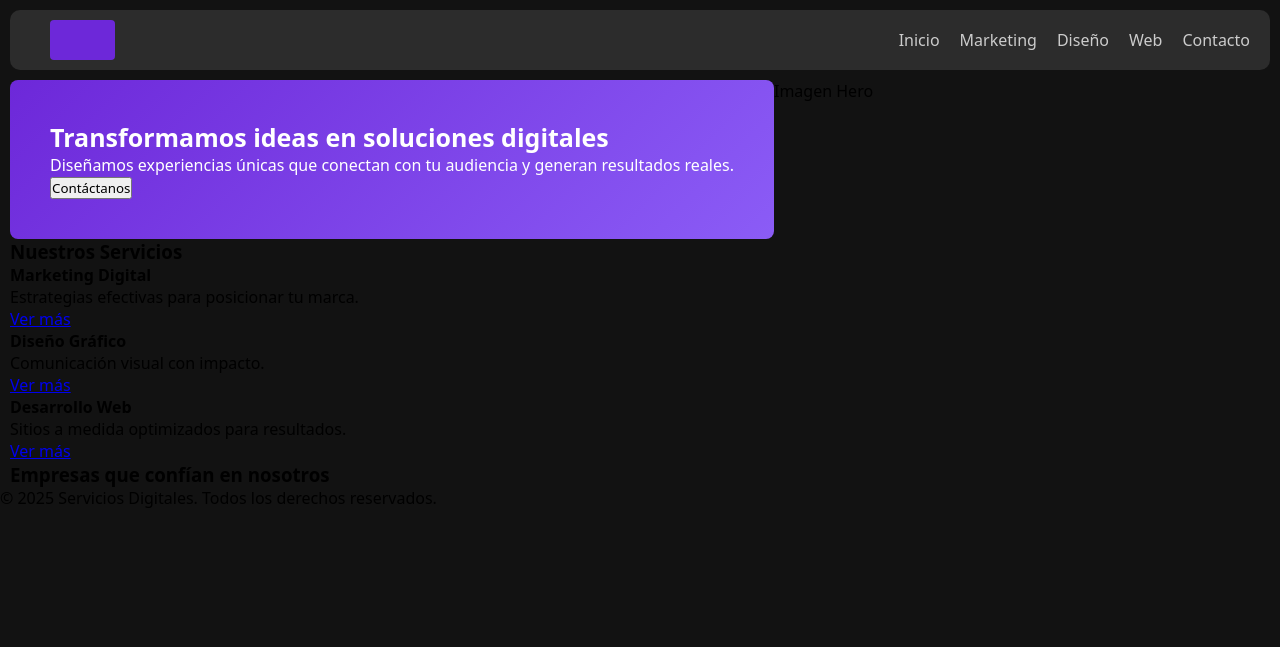
Repository: santinogarrone/TrabajoAgustin
Page: html/index.html
These files come from the project's save history. The page is drawn as it stood at one moment and after the next save; the edit follows.
The browser window is 1280 px wide. The pictures show the whole page.

Above is the page before, as saved 2025-05-02 12:07:44.

After the next save:
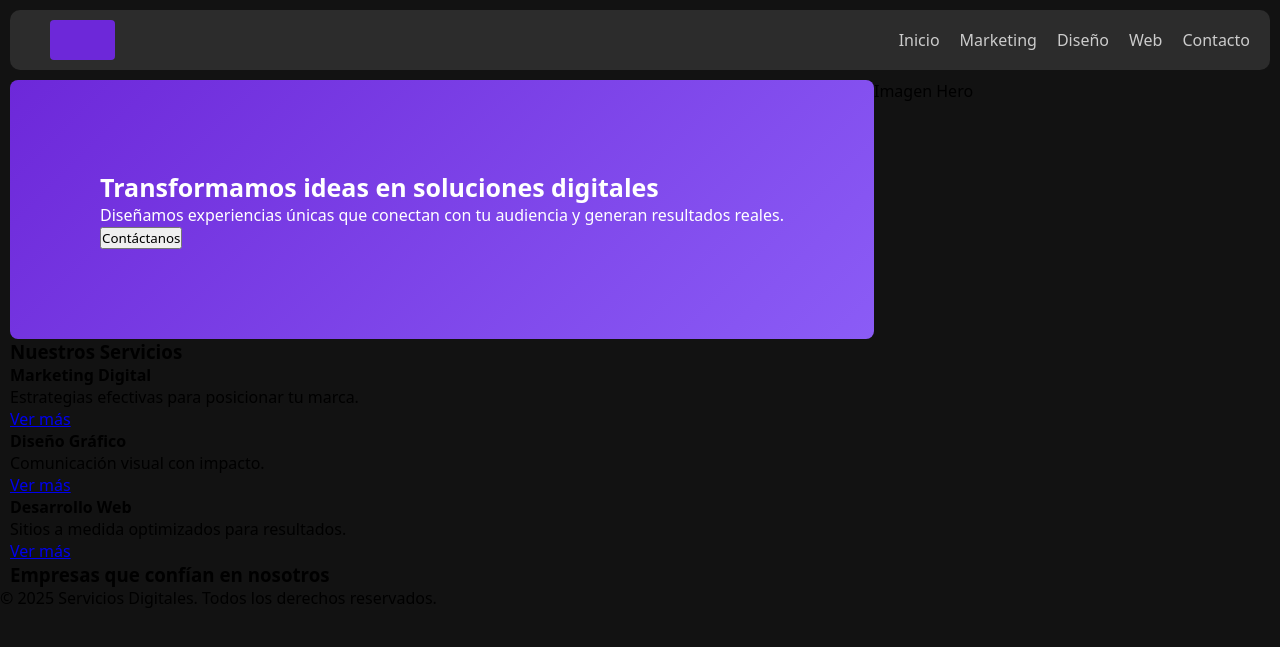
Saved 7 s later.
--- a/css/style.css
+++ b/css/style.css
@@ -70,7 +70,7 @@
     background: var(--primary-color-gradient);
     border-radius: 8px;
     color: var(--texto-color);
-    padding: 40px;
+    padding: 90px;
   }
 
   .tit-contacto{

After the 2 saves that followed:
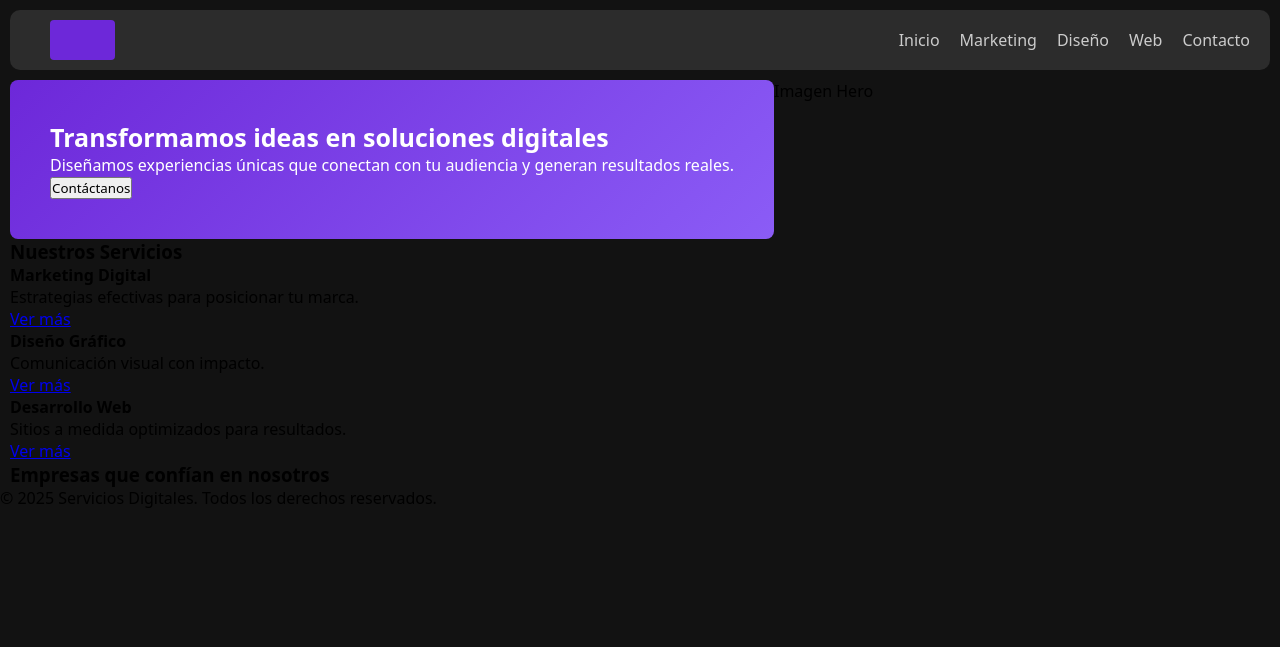
The 2 saves are shown as one change because they came seconds apart.
The last was saved 8 s later.
--- a/css/style.css
+++ b/css/style.css
@@ -70,7 +70,7 @@
     background: var(--primary-color-gradient);
     border-radius: 8px;
     color: var(--texto-color);
-    padding: 90px;
+    padding: 40px;
   }
 
   .tit-contacto{
